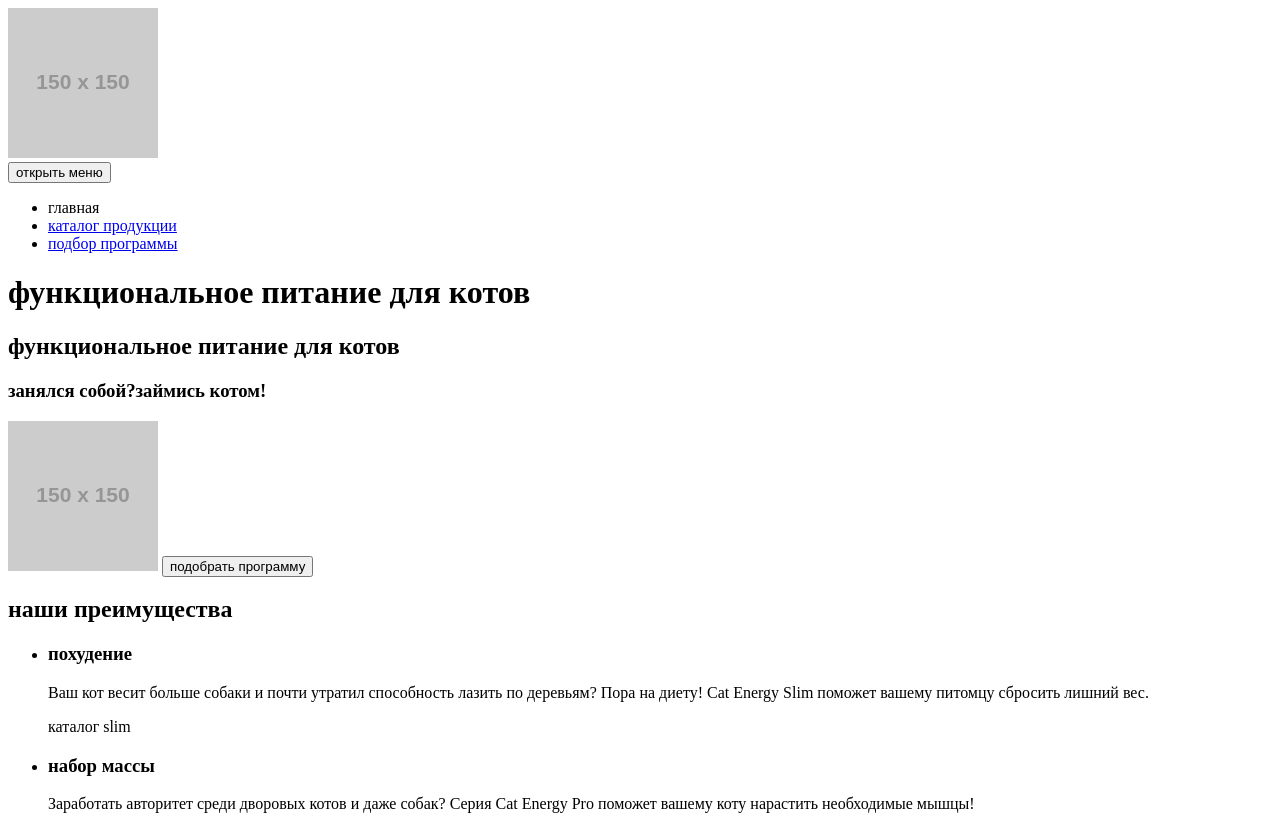
Repository: svetlana2885/1411135-cat-energy-20
Page: source/index.html
An editor plug-in stored every save of this project. The page is shown before and after the next save, followed by the edit.
The browser window is 1280 px wide. The pictures show the whole page.

Above is the page before, as saved 2020-07-18 18:03:16.

### source/index.html
<!DOCTYPE html>
<html class="page" lang="ru">
  <head>
    <meta charset="UTF-8" />
    <title>Cat energy</title>
  </head>
  <body class="page__body">
    <header class="page-header">
      <a class="page-header__logo">
        <img src="src=https://via.placeholder.com/150x150" />
      </a>
      <nav class="main-nav">
        <button class="main-nav__toggle" type="button">
          <span class="visually-hidden"> открыть меню </span>
        </button>
        <div class="main-nav__wrapper">
          <ul class="main-nav__list site-list">
            <li class="site-list__item site-list__item--active">
              главная
            </li>
            <li class="site-list__item">
              <a href="catalog.html">
                каталог продукции
              </a>
            </li>
            <li class="site-list__item">
              <a href="form.html">
                подбор программы
              </a>
            </li>
          </ul>
        </div>
      </nav>
    </header>
    <main class="page-main">
      <h1 class="visually-hidden">функциональное питание для котов</h1>
      <section class="form">
        <h2>функциональное питание для котов</h2>
        <h3>занялся собой?займись котом!</h3>
        <img src="src=https://via.placeholder.com/150x150" />
        <button class="button" type="button">подобрать программу</button>
      </section>
      <section class="advantages">
        <h2 class="visually-hidden">наши преимущества</h2>
        <div class="advantages-wrapper list">
          <ul class="advantages-list">
            <li class="advantages-item advantages-item__slim">
              <h3 class="advantages__title">похудение</h3>
              <p class="advantages-discription">
                Ваш кот весит больше собаки и почти утратил способность лазить по деревьям? Пора на
                диету! Cat Energy Slim поможет вашему питомцу сбросить лишний вес.
              </p>
              <a class="advantages__catalog">каталог slim</a>
            </li>
            <li class="advantages-item advatages-item__weight">
              <h3 class="advatages__title">набор массы</h3>
              <p class="advantages-discription">
                Заработать авторитет среди дворовых котов и даже собак? Серия Cat Energy Pro поможет
                вашему коту нарастить необходимые мышцы!
              </p>
              <a class="advantages__catalog" каталог pro></a>
            </li>
          </ul>
        </div>
      </section>
    </main>
  </body>
</html>

After the next save:
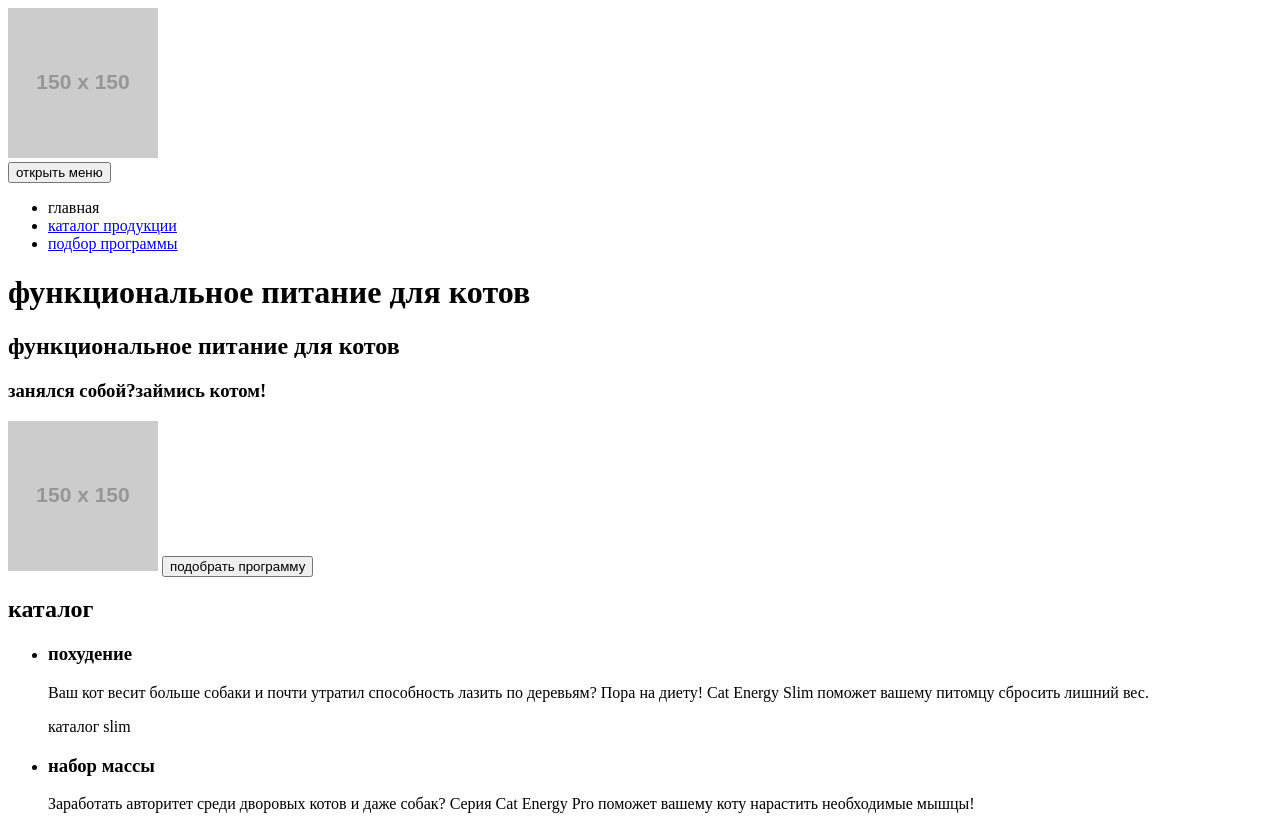
Saved 15 min 11 s later.
--- a/source/index.html
+++ b/source/index.html
@@ -40,25 +40,25 @@
         <img src="src=https://via.placeholder.com/150x150" />
         <button class="button" type="button">подобрать программу</button>
       </section>
-      <section class="advantages">
-        <h2 class="visually-hidden">наши преимущества</h2>
-        <div class="advantages-wrapper list">
-          <ul class="advantages-list">
-            <li class="advantages-item advantages-item__slim">
-              <h3 class="advantages__title">похудение</h3>
-              <p class="advantages-discription">
+      <section class="catalog">
+        <h2 class="visually-hidden">каталог</h2>
+        <div class="catalog-wrapper list">
+          <ul class="catalog-list">
+            <li class="catalog-item catalog-item__slim">
+              <h3 class="catalog__title">похудение</h3>
+              <p class="catalog-discription">
                 Ваш кот весит больше собаки и почти утратил способность лазить по деревьям? Пора на
                 диету! Cat Energy Slim поможет вашему питомцу сбросить лишний вес.
               </p>
-              <a class="advantages__catalog">каталог slim</a>
+              <a class="catalog-link">каталог slim</a>
             </li>
-            <li class="advantages-item advatages-item__weight">
-              <h3 class="advatages__title">набор массы</h3>
-              <p class="advantages-discription">
+            <li class="catalog-item advatages-item__weight">
+              <h3 class="catalog__title">набор массы</h3>
+              <p class="catalog-discription">
                 Заработать авторитет среди дворовых котов и даже собак? Серия Cat Energy Pro поможет
                 вашему коту нарастить необходимые мышцы!
               </p>
-              <a class="advantages__catalog" каталог pro></a>
+              <a class="catalog-link" каталог pro></a>
             </li>
           </ul>
         </div>
